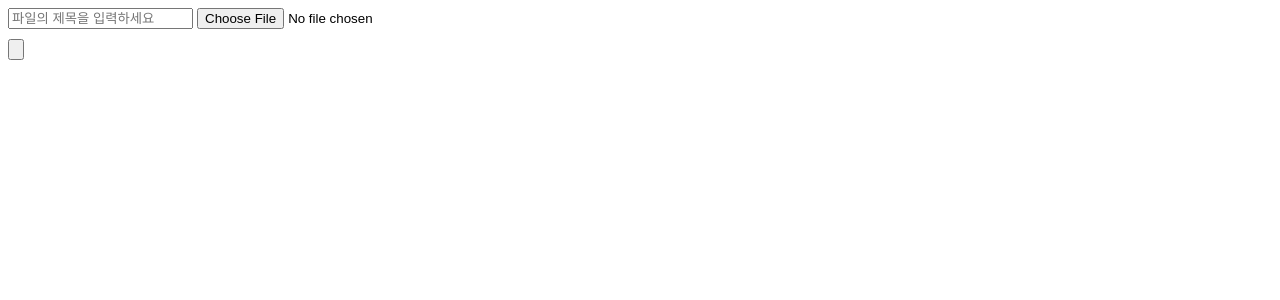
Repository: gudbrwkd98/JavaEE-JSP
Page: BoardApp/WebContent/gallery/send.html
The author's editor kept a copy of each file at every save. The page is drawn from the files as they stood at one save, then again after the next save.
The browser window is 1280 px wide. The pictures show the whole page.

Above is the page before, as saved 2020-12-04 02:36:43.
Console error: SyntaxError: Unexpected token '{'

After the next save:
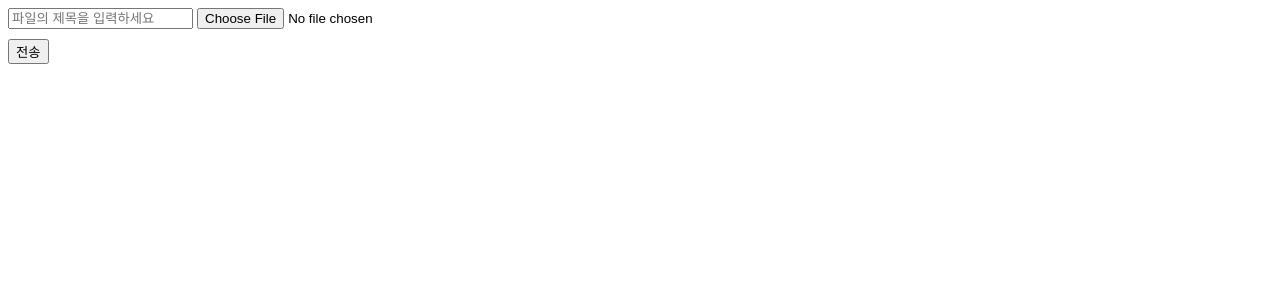
Saved 6 s later.
--- a/BoardApp/WebContent/gallery/send.html
+++ b/BoardApp/WebContent/gallery/send.html
@@ -35,7 +35,7 @@ $(function{
   <form action="form1" enctype="multipart/form-data">
 	<input type="text" name="msg" placeholder="파일의 제목을 입력하세요" >
 	<input type="file"><br>
-	<input type="button">
+	<input type="button" value ="전송">
  </form>
 </body>
 </html>
